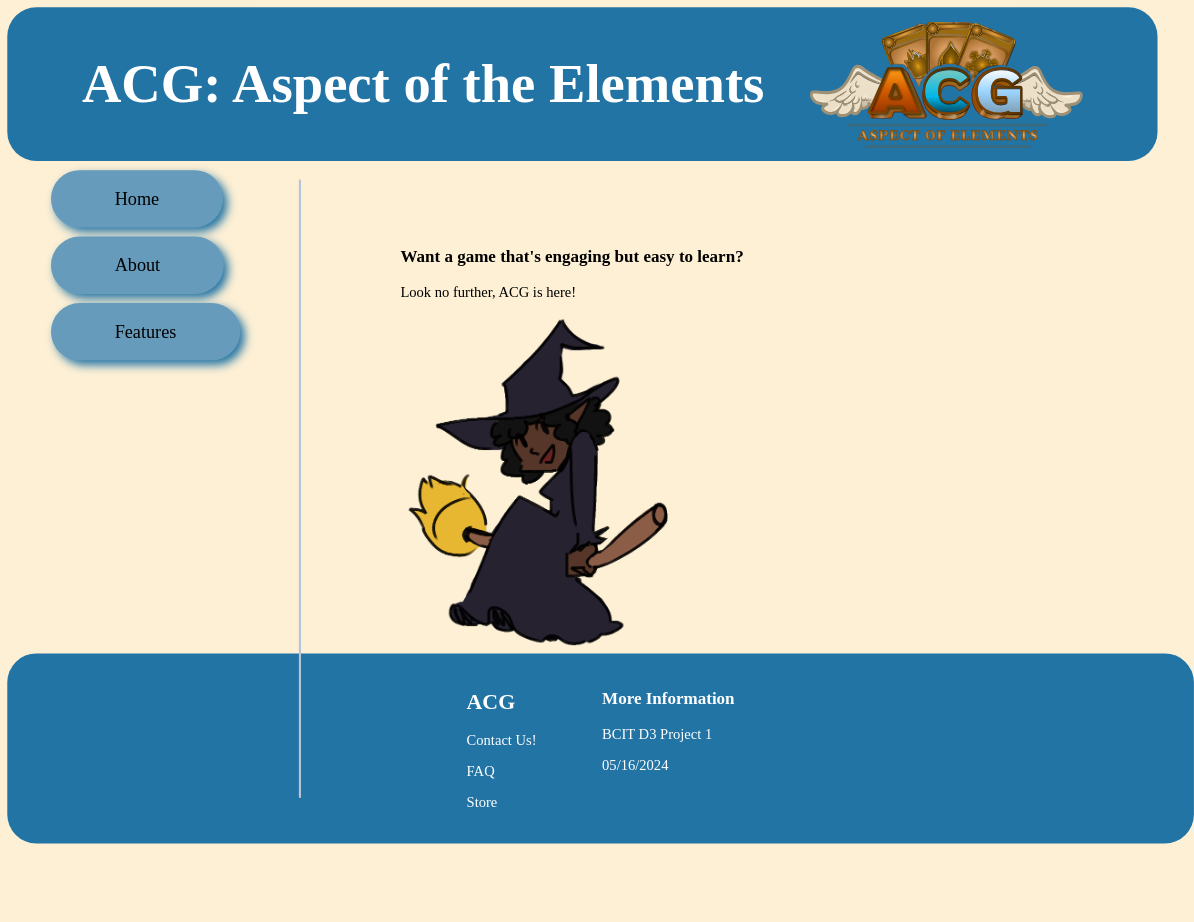
Repository: Delukalgh/ACG
Page: Features.html
The author's editor kept a copy of each file at every save. The page is drawn from the files as they stood at one save, then again after the next save.
The browser window is 1280 px wide. The page is 1312 px wide, so the pictures cover 1312 px, including what lies to the right of the window. The pictures show the whole page, at 91% of full size.

Above is the page before, as saved 2024-05-15 15:33:53.

After the next save:
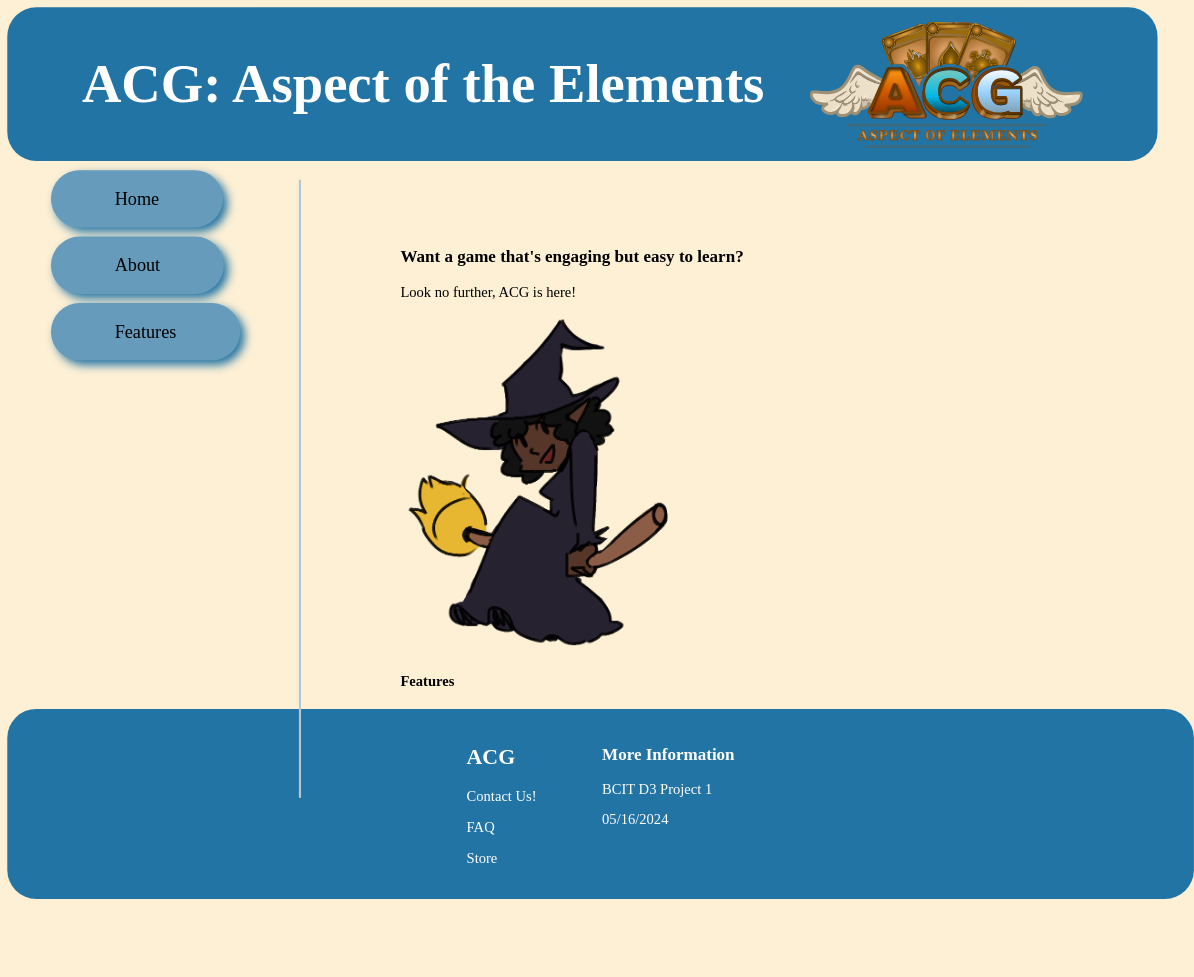
Saved 76 s later.
--- a/Features.html
+++ b/Features.html
@@ -44,6 +44,8 @@
       <p>Look no further, ACG is here!</p>
         <img src="images/IllustrationWitchGirl.png" width="300px"/>
 
+      <h4>Features</h4>
+
       </div>
     </div>
 
